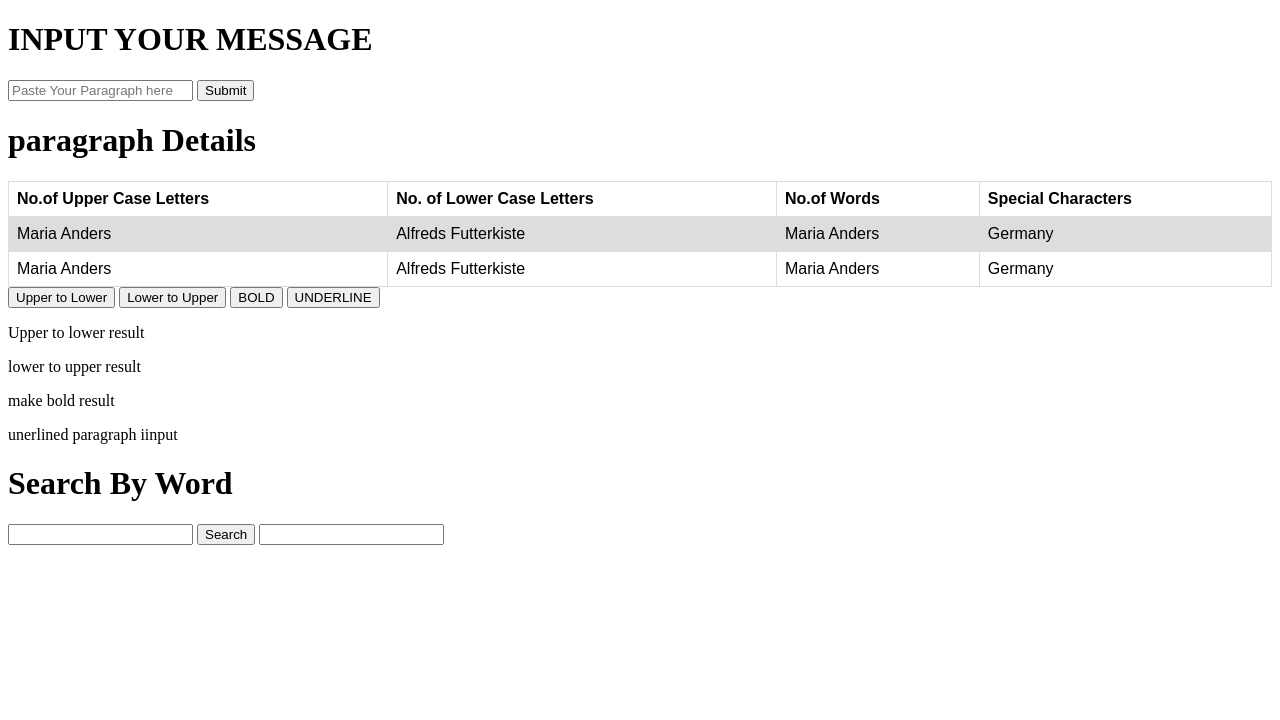
Repository: SharonSebastian32/Paragraph_management_application
Page: index.html
These files come from the project's save history. The page is drawn as it stood at one moment and after a run of saves; the edit follows.
The browser window is 1280 px wide. The pictures show the whole page.

Above is the page before, as saved 2024-08-22 14:42:28.

After the next 2 saves:
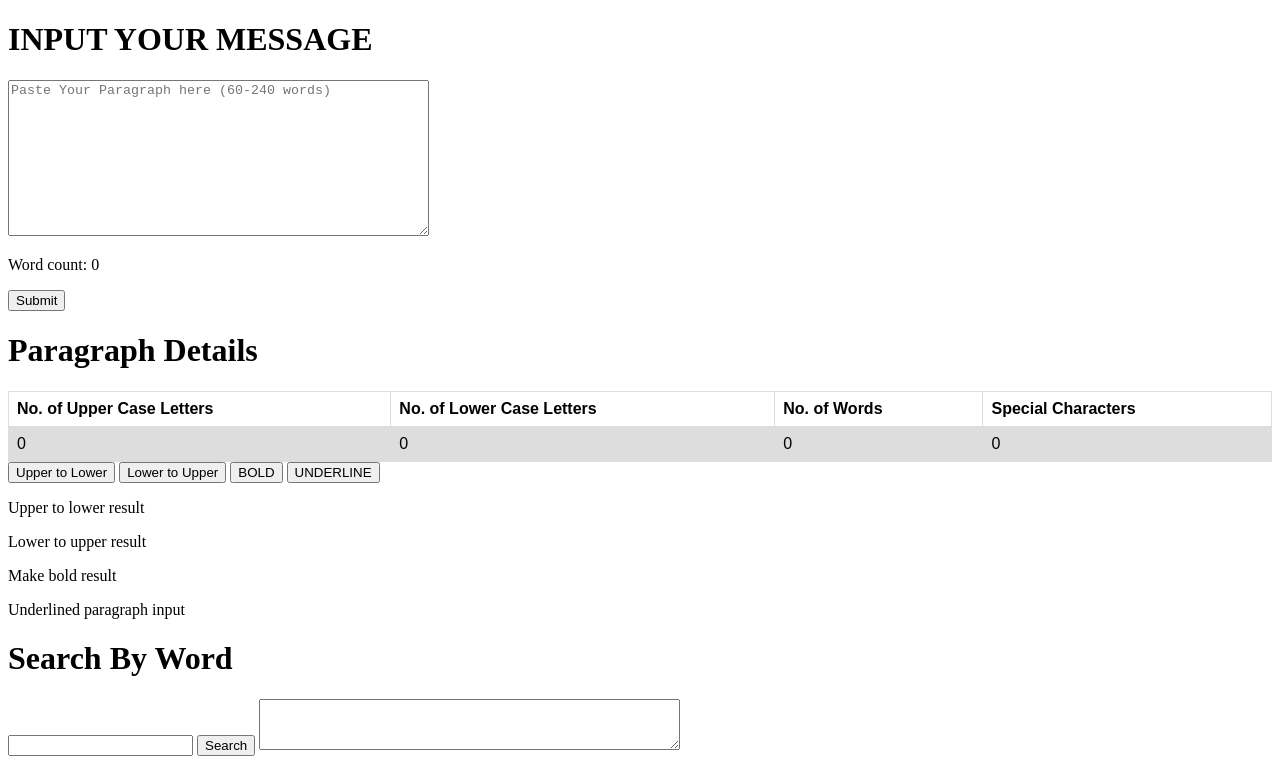
The 2 saves are shown as one change because they came seconds apart.
The last was saved 3 min 47 s later.
--- a/index.html
+++ b/index.html
@@ -3,61 +3,59 @@
   <head>
     <meta charset="UTF-8" />
     <meta name="viewport" content="width=device-width, initial-scale=1.0" />
-    <title>Document</title>
+    <title>Paragraph Management</title>
     <link rel="stylesheet" href="./Style.css" />
   </head>
   <body>
     <div class="container">
       <h1>INPUT YOUR MESSAGE</h1>
-      <form action="">
-        <input
-          type="textarea"
-          name=""
-          id=""
-          placeholder="Paste Your Paragraph here"
-        />
-        <button>Submit</button>
+      <form id="paragraphForm">
+        <textarea
+          id="paragraphInput"
+          placeholder="Paste Your Paragraph here (60-240 words)"
+          rows="10"
+          cols="50"
+        ></textarea>
+        <p id="wordCount">Word count: 0</p>
+        <button type="submit">Submit</button>
       </form>
     </div>
 
     <div>
-      <h1>paragraph Details</h1>
+      <h1>Paragraph Details</h1>
       <table>
         <tr>
-          <th>No.of Upper Case Letters</th>
+          <th>No. of Upper Case Letters</th>
           <th>No. of Lower Case Letters</th>
-          <th>No.of Words</th>
+          <th>No. of Words</th>
           <th>Special Characters</th>
         </tr>
         <tr>
-          <td>Maria Anders</td>
-          <td>Alfreds Futterkiste</td>
-          <td>Maria Anders</td>
-          <td>Germany</td>
-        </tr>
-        <tr>
-          <td>Maria Anders</td>
-          <td>Alfreds Futterkiste</td>
-          <td>Maria Anders</td>
-          <td>Germany</td>
+          <td id="upperCaseCount">0</td>
+          <td id="lowerCaseCount">0</td>
+          <td id="wordCountResult">0</td>
+          <td id="specialCharCount">0</td>
         </tr>
       </table>
     </div>
+
     <div>
-      <button>Upper to Lower</button>
-      <button>Lower to Upper</button>
-      <button>BOLD</button>
-      <button>UNDERLINE</button>
+      <button id="upperToLowerBtn">Upper to Lower</button>
+      <button id="lowerToUpperBtn">Lower to Upper</button>
+      <button id="boldBtn">BOLD</button>
+      <button id="underlineBtn">UNDERLINE</button>
     </div>
+
     <p id="uppertoLower">Upper to lower result</p>
-    <p id="lowertoUpper">lower to upper result</p>
-    <p id="boldPara">make bold result</p>
-    <p id="unerlinePara">unerlined paragraph iinput</p>
+    <p id="lowertoUpper">Lower to upper result</p>
+    <p id="boldPara">Make bold result</p>
+    <p id="underlinePara">Underlined paragraph input</p>
+
     <div>
       <h1>Search By Word</h1>
-      <input type="text" name="" id="" />
-      <button>Search</button>
-      <input type="textarea" />
+      <input type="text" id="searchInput" />
+      <button id="searchBtn">Search</button>
+      <textarea id="searchResult" rows="3" cols="50" readonly></textarea>
     </div>
   </body>
 </html>
